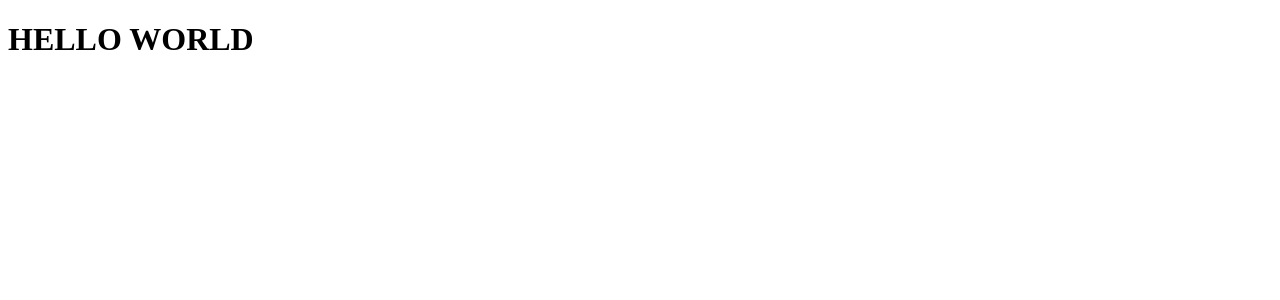
Repository: RenteriaSc/Myweb
Page: web.html
An editor plug-in stored every save of this project. The page is shown before and after the next save, followed by the edit.
The browser window is 1280 px wide. The pictures show the whole page.

Above is the page before, as saved 2025-05-06 01:51:09.

After the next save:
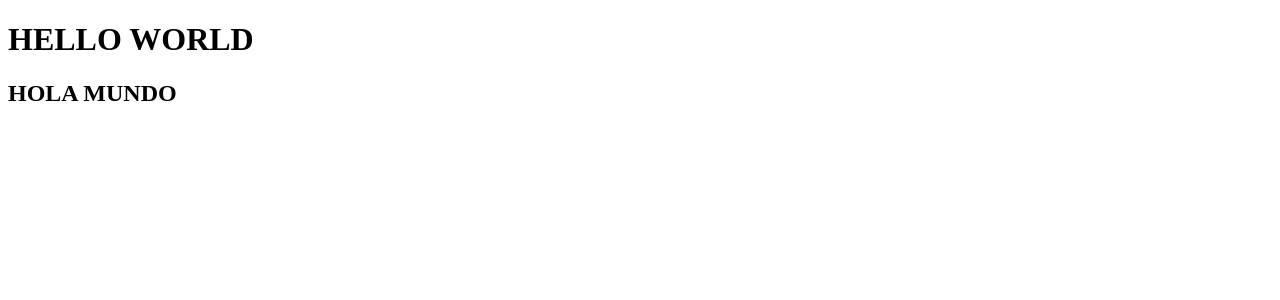
Saved 64 min 19 s later.
--- a/web.html
+++ b/web.html
@@ -6,6 +6,13 @@
     <title>mi blog</title>
 </head>
 <body>
-    <h1>HELLO WORLD</h1>
+    <div>
+        <h1>
+            HELLO WORLD
+        </h1>
+        <h2>
+            HOLA MUNDO
+        </h2>
+    </div>
 </body>
 </html>
